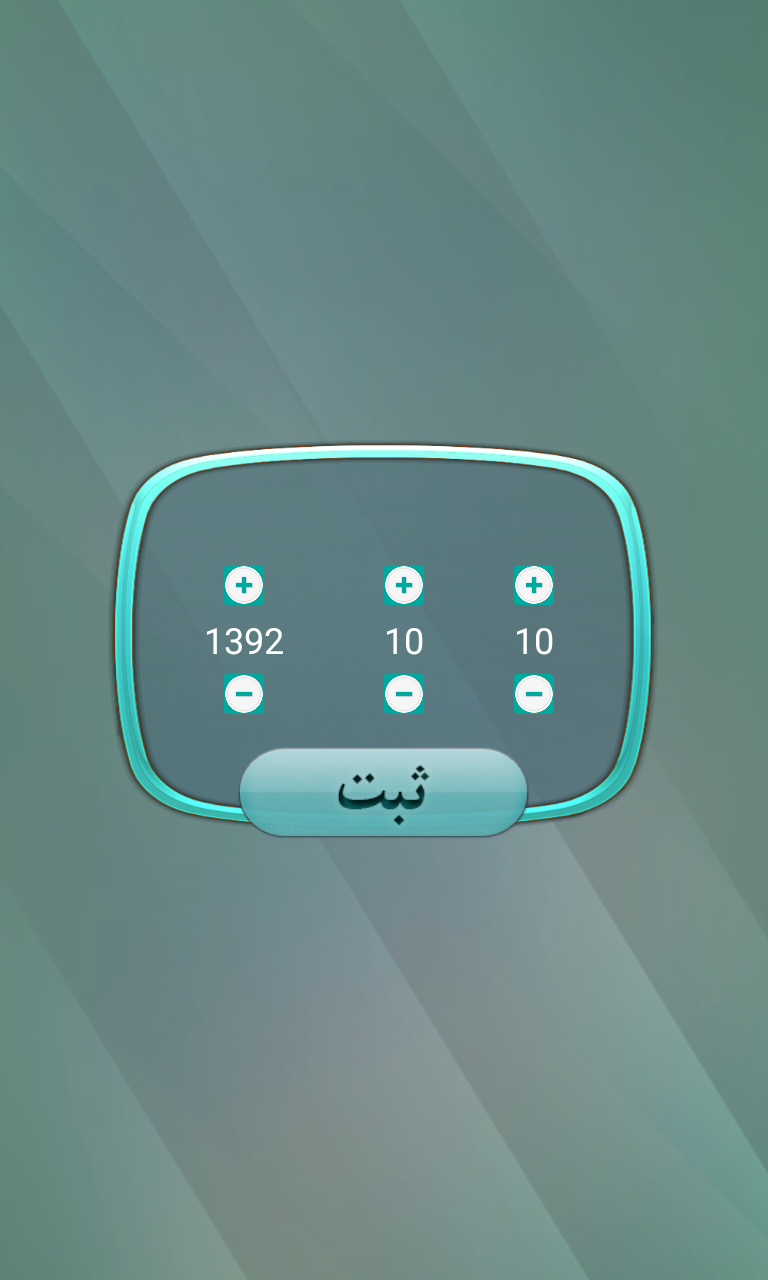
Repository: AtiehPardaz/Reports-Mobile
Layout: Reportsmobile/res/layout/activity_datepicker.xml
An editor plug-in stored every save of this project. The layout is shown before and after the next save, followed by the edit.
It is drawn on a 768 x 1280 px phone screen (xhdpi) without system bars, with theme Theme.behzad; the app's code is not run.

Above is the layout before, as saved 2015-03-10 13:25:21.

### Reportsmobile/res/layout/activity_datepicker.xml
<RelativeLayout xmlns:android="http://schemas.android.com/apk/res/android"
    xmlns:tools="http://schemas.android.com/tools"
    android:layout_width="match_parent"
    android:layout_height="match_parent"
    android:background="@drawable/backmenutransparent" >

    <LinearLayout
        android:id="@+id/rel_cal"
        android:layout_width="350dp"
        android:layout_height="200dp"
        android:layout_centerHorizontal="true"
        android:layout_centerInParent="true"
        android:layout_marginTop="20sp"
        android:background="@drawable/datepicjerbg"
        android:gravity="center"
        android:orientation="horizontal" >

        <LinearLayout
            android:id="@+id/rel_left"
            android:layout_width="60sp"
            android:layout_height="wrap_content"
            android:gravity="center"
            android:orientation="vertical" >

            <ImageView
                android:id="@+id/top_image_year"
                android:layout_width="20sp"
                android:layout_height="20sp"
                android:layout_margin="5dp"
                android:background="@drawable/arow_top_calender" >
            </ImageView>

            <TextView
                android:id="@+id/txt_name_year"
                android:layout_width="wrap_content"
                android:layout_height="wrap_content"
                android:text="1392"
                android:textColor="#FFFFFF"
                android:textSize="18sp" >
            </TextView>

            <ImageView
                android:id="@+id/down_image_year"
                android:layout_width="20sp"
                android:layout_height="20sp"
                android:layout_margin="5dp"
                android:background="@drawable/arow_down_calender" >
            </ImageView>
        </LinearLayout>

        <LinearLayout
            android:id="@+id/rel_center"
            android:layout_width="100dp"
            android:layout_height="wrap_content"
            android:gravity="center"
            android:orientation="vertical" >

            <ImageView
                android:id="@+id/top_image_month"
                android:layout_width="20sp"
                android:layout_height="20sp"
                android:layout_gravity="center"
                android:layout_margin="5dp"
                android:background="@drawable/arow_top_calender" >
            </ImageView>

            <TextView
                android:id="@+id/txt_name_month"
                android:layout_width="100dp"
                android:layout_height="wrap_content"
                android:layout_gravity="center"
                android:gravity="center"
                android:text="10"
                android:textColor="#FFFFFF"
                android:textSize="18sp" >
            </TextView>

            <ImageView
                android:id="@+id/down_image_month"
                android:layout_width="20sp"
                android:layout_height="20sp"
                android:layout_margin="5dp"
                android:background="@drawable/arow_down_calender" >
            </ImageView>
        </LinearLayout>

        <LinearLayout
            android:id="@+id/rel_right"
            android:layout_width="30sp"
            android:layout_height="wrap_content"
            android:layout_marginRight="10dp"
            android:gravity="center"
            android:orientation="vertical" >

            <ImageView
                android:id="@+id/top_image_day"
                android:layout_width="20sp"
                android:layout_height="20sp"
                android:layout_margin="5dp"
                android:background="@drawable/arow_top_calender" >
            </ImageView>

            <TextView
                android:id="@+id/txt_name_day"
                android:layout_width="wrap_content"
                android:layout_height="wrap_content"
                android:text="10"
                android:textColor="#FFFFFF"
                android:textSize="18sp" >
            </TextView>

            <ImageView
                android:id="@+id/down_image_day"
                android:layout_width="20sp"
                android:layout_height="20sp"
                android:layout_margin="5dp"
                android:background="@drawable/arow_down_calender" >
            </ImageView>
        </LinearLayout>
    </LinearLayout>

    <ImageView
        android:id="@+id/imageView1"
        android:layout_width="wrap_content"
        android:layout_height="wrap_content"
        android:layout_below="@+id/rel_cal"
        android:layout_centerHorizontal="true" >
    </ImageView>

    <ImageButton
        android:id="@+id/imageButton1"
        android:layout_width="wrap_content"
        android:layout_height="wrap_content"
        android:layout_above="@+id/imageView1"
        android:layout_centerHorizontal="true"
        android:background="@drawable/img_btn_sabt"
        android:src="@drawable/btn_click" />

</RelativeLayout>

### Reportsmobile/res/drawable/btn_click.xml
<selector xmlns:android="http://schemas.android.com/apk/res/android">
<item android:state_focused="true" android:drawable="@drawable/btnclick"/>
<item android:state_pressed="true" android:drawable="@drawable/btnclick" />

</selector>

Loaded but not shown: Reportsmobile/res/values/styles.xml (common file)

After the next save:
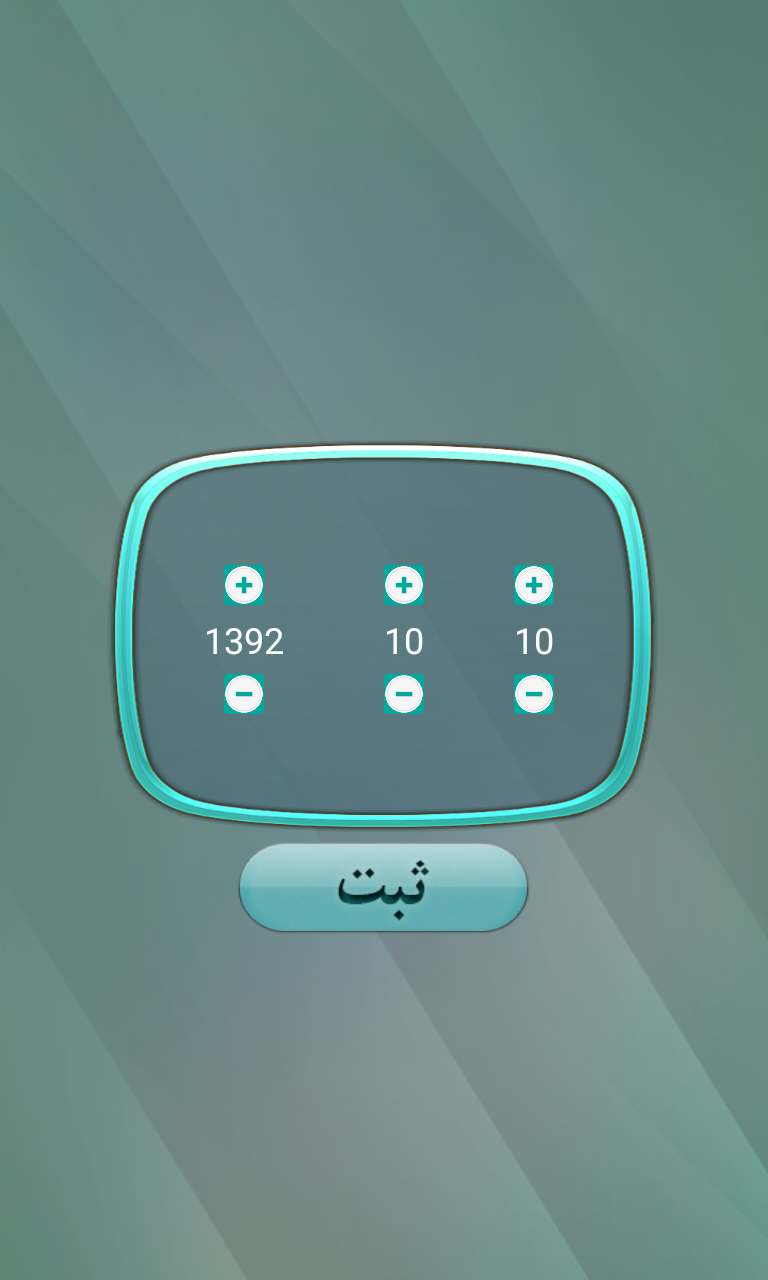
Saved 40 s later.
--- a/Reportsmobile/res/layout/activity_datepicker.xml
+++ b/Reportsmobile/res/layout/activity_datepicker.xml
@@ -131,7 +131,7 @@
         android:id="@+id/imageButton1"
         android:layout_width="wrap_content"
         android:layout_height="wrap_content"
-        android:layout_above="@+id/imageView1"
+        android:layout_below="@+id/rel_cal"
         android:layout_centerHorizontal="true"
         android:background="@drawable/img_btn_sabt"
         android:src="@drawable/btn_click" />
